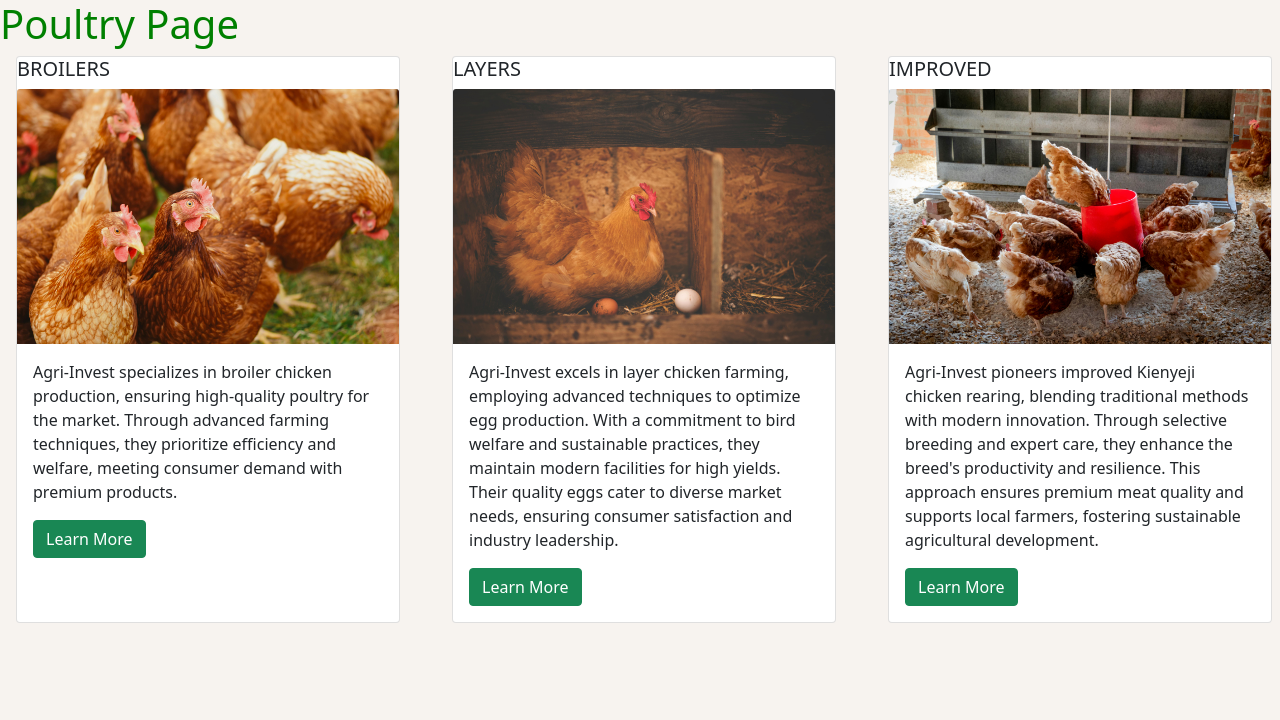
Repository: Allevandrose/Agri-invest
Page: poultry.html
An editor plug-in stored every save of this project. The page is shown before and after the next save, followed by the edit.
The browser window is 1280 px wide. The pictures show the whole page.

Above is the page before, as saved 2024-04-13 15:37:34.

After the next save:
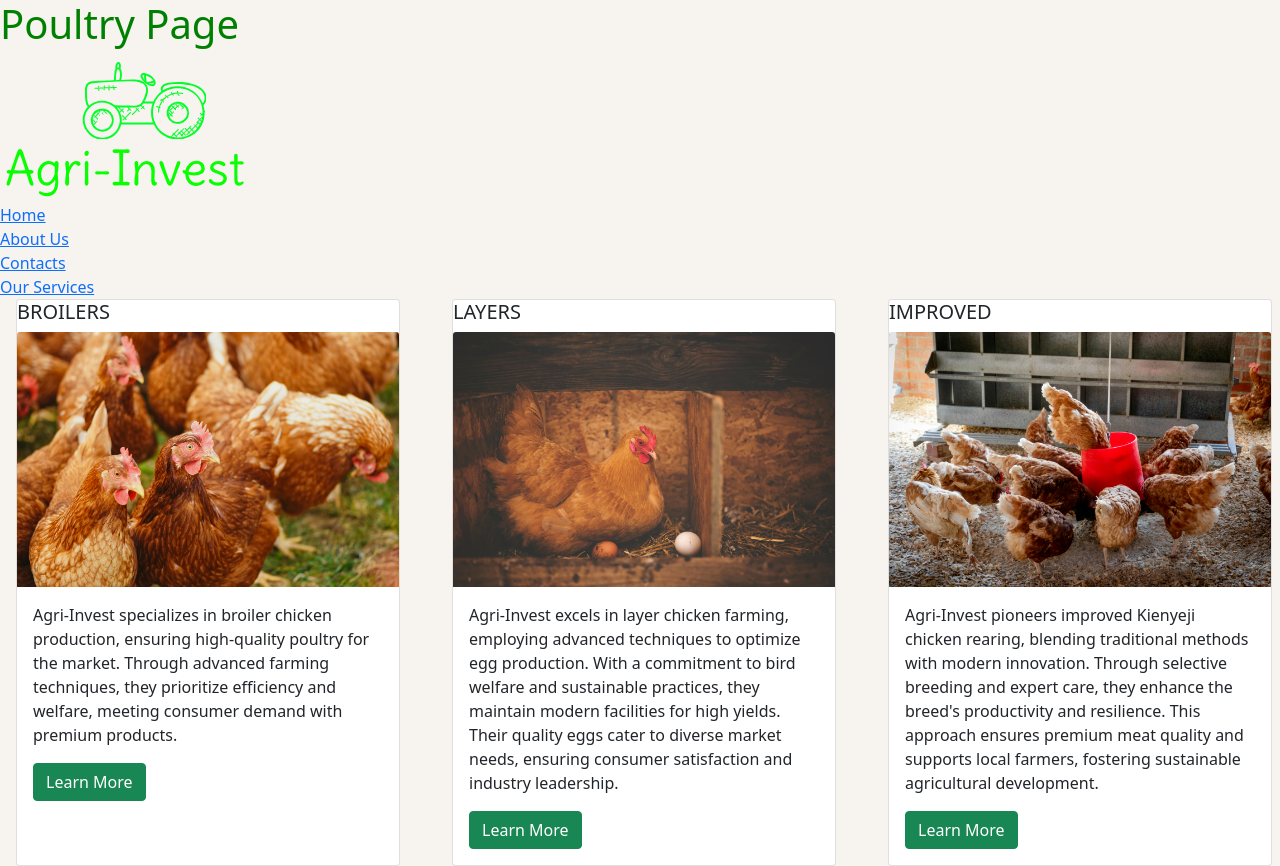
Saved 2 min 19 s later.
--- a/poultry.html
+++ b/poultry.html
@@ -11,6 +11,18 @@
 
 <body>
     <h1 class="h1">Poultry Page</h1>
+    <!-- nav bar -->
+    <nav>
+        <div class="nav1">
+            <img src="agr/logo.png" alt="logo" class="logo">
+        </div>
+        <div class="nav2">
+            <div><a href="#">Home</a></div>
+            <div><a href="#">About Us</a></div>
+            <div><a href="#">Contacts</a></div>
+            <div><a href="#">Our Services</a></div>
+        </div>
+    </nav>
 
     <div class="card-container d-flex flex-row">
         <div class="card mr-2" style="width: 24rem;">
